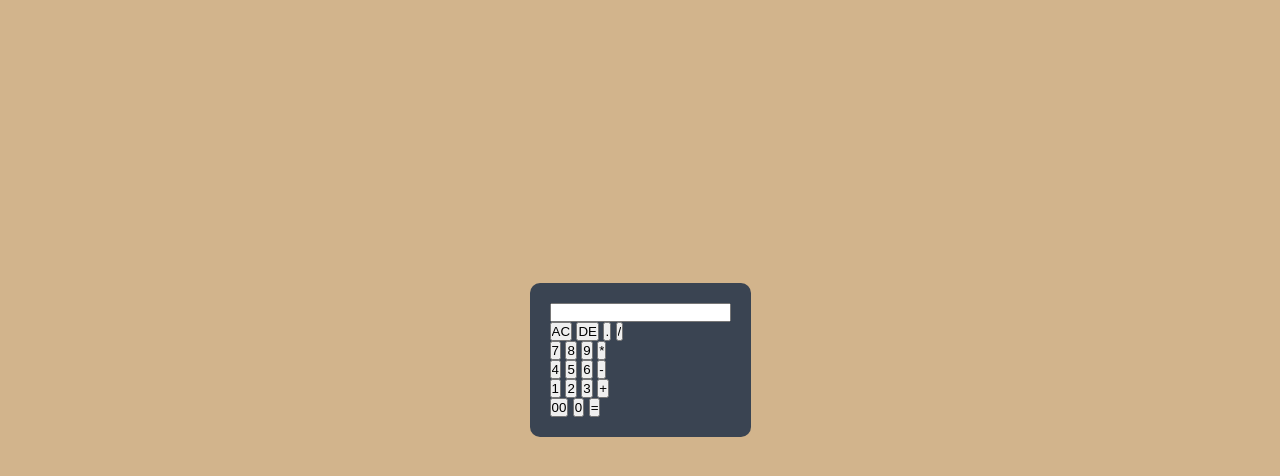
Repository: Anureet23/Calculator
Page: index.html
These files come from the project's save history. The page is drawn as it stood at one moment and after the next save; the edit follows.
The browser window is 1280 px wide. The pictures show the whole page.

Above is the page before, as saved 2023-02-07 22:52:26.

### index.html
<!DOCTYPE html>
<html>
    <head>
<meta name ="viewport" content="width=device-width,initial-scale=1.0">
<title>Calculator using JavaScript</title>
<link rel="stylesheet" href="style.css">
    </head>
    <body>
<div class="container">
<div class="calculator">
   <form>
       <div>
           <input type="text" name ="display">
       </div>
       <div>
           <input type="button" value="AC">
           <input type="button" value="DE">
           <input type="button" value=".">
           <input type="button" value="/">
       </div>
       <div>
        <input type="button" value="7">
        <input type="button" value="8">
        <input type="button" value="9">
        <input type="button" value="*">
    </div>
    <div>
        <input type="button" value="4">
        <input type="button" value="5">
        <input type="button" value="6">
        <input type="button" value="-">
    </div>
    <div>
        <input type="button" value="1">
        <input type="button" value="2">
        <input type="button" value="3">
        <input type="button" value="+">
    </div>
    <div>
        <input type="button" value="00">
        <input type="button" value="0">
        <input type="button" value="=">

    </div>
   </form>
</div>
</div>


    </body>
</html>

### style.css
*{
    margin:0;
    padding:0;
    font-family: 'Poppins',sans-serif;
    box-sizing: border-box;
}

.container{
    width: 100%;
    height:100vh;
    background:#D2B48C;
    display:flex;
    align-items:center;
    justify-content: center;

}
.calculator{
    background:#3a4452;
    padding:20px;
    border-radius:10px;
}
.calculator form input{

}

After the next save:
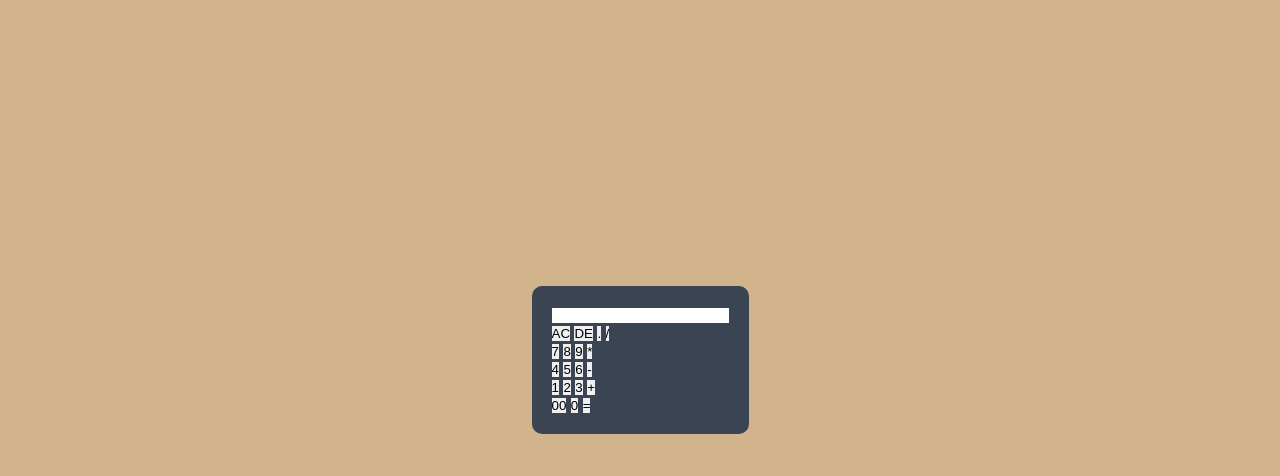
Saved 19 s later.
--- a/style.css
+++ b/style.css
@@ -20,5 +20,6 @@
     border-radius:10px;
 }
 .calculator form input{
-
+    border:0;
+    outleine
 }
